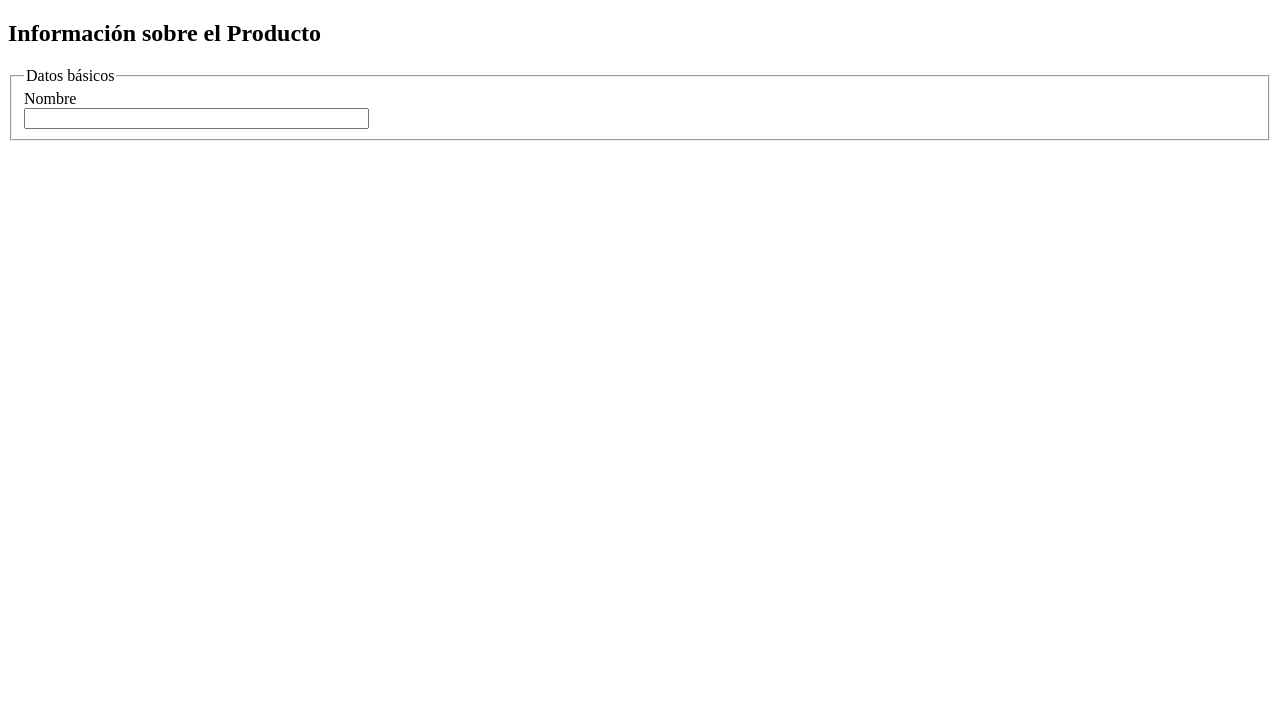
Repository: GonzaDelgado/JavaProjects
Page: modulo_html/WebContent/Form_avanzado2.html
These files come from the project's save history. The page is drawn as it stood at one moment and after the next save; the edit follows.
The browser window is 1280 px wide. The pictures show the whole page.

Above is the page before, as saved 2021-02-08 15:23:59.

After the next save:
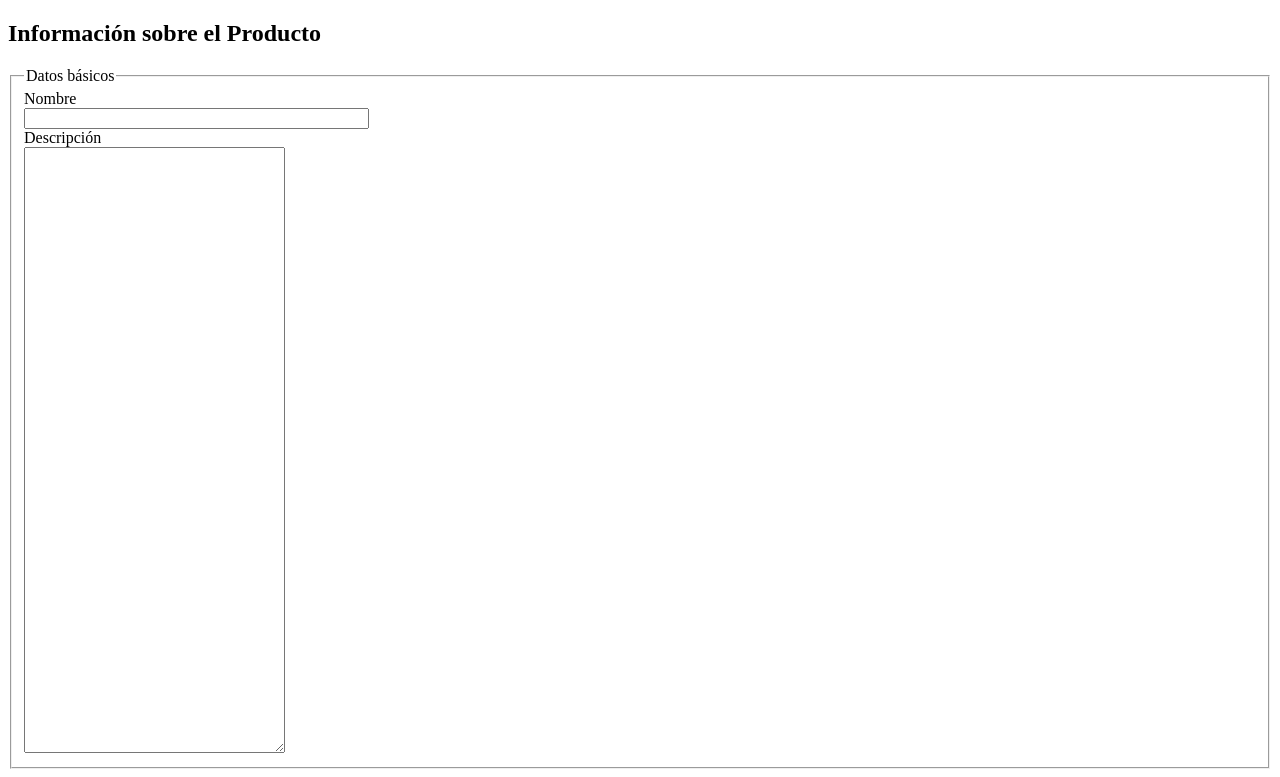
Saved 2 min 12 s later.
--- a/modulo_html/WebContent/Form_avanzado2.html
+++ b/modulo_html/WebContent/Form_avanzado2.html
@@ -10,6 +10,8 @@
 	<fieldset><legend>Datos básicos</legend>
 		<label for="nombre_usuario">Nombre</label> <br/>
 		<input type ="text" size="40" name="nombre" value="" maxlength="100"/><br>
+		<label for="descripcion">Descripción</label> <br/>
+		<textarea rows="40" cols="30" name="descripcion"></textarea>
 	</fieldset>
 
 	</form>
